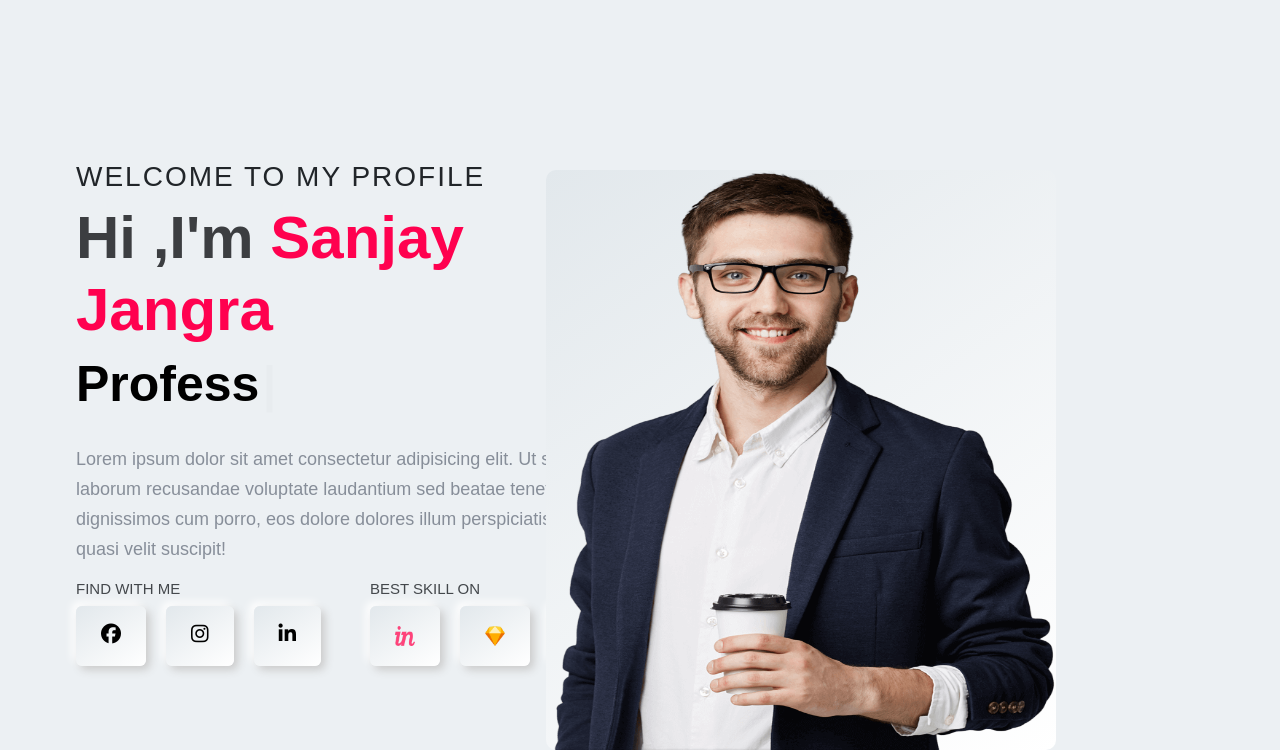
Repository: Sanjayjangra88/PortFolio
Page: /
These files come from the project's save history. The page is drawn as it stood at one moment and after the next save; the edit follows.
The browser window is 1280 px wide. The pictures show the whole page.
Some web libraries are served in a nearby version. The project was rebuilt for these pictures with package versions that can differ from the ones it lists, and the page was loaded fresh each time. Also part of the build but not shown: src/Components/Header/Header.jsx.

Above is the page before, as saved 2022-09-10 21:11:12.

### public/index.html
<!DOCTYPE html>
<html lang="en">
  <head>
    <meta charset="utf-8" />
    <link rel="icon" href="%PUBLIC_URL%/favicon.ico" />
    <meta name="viewport" content="width=device-width, initial-scale=1" />
    <meta name="theme-color" content="#000000" />
    <meta
      name="description"
      content="Web site created using create-react-app"
    />
    <link rel="apple-touch-icon" href="%PUBLIC_URL%/logo192.png" />
    <!--
      manifest.json provides metadata used when your web app is installed on a
      user's mobile device or desktop. See https://developers.google.com/web/fundamentals/web-app-manifest/
    -->
    <link rel="manifest" href="%PUBLIC_URL%/manifest.json" />
    <link rel="stylesheet" href="https://cdnjs.cloudflare.com/ajax/libs/font-awesome/6.1.1/css/all.min.css" integrity="sha512-KfkfwYDsLkIlwQp6LFnl8zNdLGxu9YAA1QvwINks4PhcElQSvqcyVLLD9aMhXd13uQjoXtEKNosOWaZqXgel0g==" crossorigin="anonymous" referrerpolicy="no-referrer" />

    <!--
      Notice the use of %PUBLIC_URL% in the tags above.
      It will be replaced with the URL of the `public` folder during the build.
      Only files inside the `public` folder can be referenced from the HTML.

      Unlike "/favicon.ico" or "favicon.ico", "%PUBLIC_URL%/favicon.ico" will
      work correctly both with client-side routing and a non-root public URL.
      Learn how to configure a non-root public URL by running `npm run build`.
    -->

    <link rel="manifest" href="%PUBLIC_URL%/manifest.json" />
    <link href="https://cdn.jsdelivr.net/npm/bootstrap@5.0.2/dist/css/bootstrap.min.css" rel="stylesheet" integrity="sha384-EVSTQN3/azprG1Anm3QDgpJLIm9Nao0Yz1ztcQTwFspd3yD65VohhpuuCOmLASjC" crossorigin="anonymous">
    <title>React App</title>
  </head>
  <body>
    <noscript>You need to enable JavaScript to run this app.</noscript>
    <div id="root"></div>
    <script src="https://kit.fontawesome.com/7578c5a215.js" crossorigin="anonymous"></script>
    <!--
      This HTML file is a template.
      If you open it directly in the browser, you will see an empty page.

      You can add webfonts, meta tags, or analytics to this file.
      The build step will place the bundled scripts into the <body> tag.

      To begin the development, run `npm start` or `yarn start`.
      To create a production bundle, use `npm run build` or `yarn build`.
    -->

    <script src="https://cdn.jsdelivr.net/npm/@popperjs/core@2.9.2/dist/umd/popper.min.js" integrity="sha384-IQsoLXl5PILFhosVNubq5LC7Qb9DXgDA9i+tQ8Zj3iwWAwPtgFTxbJ8NT4GN1R8p" crossorigin="anonymous"></script>
<script src="https://cdn.jsdelivr.net/npm/bootstrap@5.0.2/dist/js/bootstrap.min.js" integrity="sha384-cVKIPhGWiC2Al4u+LWgxfKTRIcfu0JTxR+EQDz/bgldoEyl4H0zUF0QKbrJ0EcQF" crossorigin="anonymous"></script>
  </body>
</html>

### src/App.js
import React from 'react'
import Header from './Components/Header/Header';
import "./App.css"
import Home from './Components/Home/Home';
const App = () => {
  return (
    <>
      {/* <Header/> */}
      <Home/>
    </>
  )
}

export default App

### src/App.css
@import url('https://fonts.googleapis.com/css2?family=Dancing+Script&family=EB+Garamond:ital,wght@1,500&family=Roboto+Slab:wght@300&display=swap');
* {
  padding: 0;
  margin: 0;
  box-sizing: border-box;
}
html {
  scroll-behavior: smooth;
}
body {
  font-family: "Poppins", sans-serif;
  background-color: #ecf0f3;
}
.container {
  max-width: 95%;
  margin: auto;
}
.d_flex {
  display: flex;
  justify-content: space-between;
}
.f_flex {
  display: flex;
}
a {
  text-decoration: none;
  color: black;
}
li {
  list-style: none;
}
.uppercase {
  text-transform: uppercase;
}
.capitalize {
  text-transform: capitalize;
}

button {
  border: none;
  outline: none;
  background-color: none;
}

.btn_shadow {
  padding: 18px 25px;
  border-radius: 6px;
  transition: 0.3s all ease;
  cursor: pointer;
  color: #000;
  transition: 0.5s;
}
.btn_shadow {
  background: linear-gradient(145deg, #e2e8ec, #ffffff);
  box-shadow: 4px 4px 8px #cbcbcb, -4px -4px 8px #ffffff;
}
.btn_shadow:hover {
  background: #ff014f;
  color: white;
  transform: translateY(-10px);
}
.box_shodow {
  background: linear-gradient(145deg, #e2e8ec, #ffffff);
  box-shadow: 4px 4px 8px #cbcbcb, -4px -4px 8px #ffffff;
  border-radius: 10px;
}
.row,
.left,
.right {
  width: 50%;
}
.top {
  margin-top: 80px;
}
.mtop {
  margin-top: 40px;
}
.heading {
  margin: 50px 0 50px 0;
}
.heading h4 {
  color: #ff014f;
  letter-spacing: 2px;
  font-weight: 400;
}
.heading h1 {
  font-size: 60px;
  color: #3c3e41;
}
h1 {
  color: #3c3e41;
}
.grid {
  display: grid;
  grid-template-columns: repeat(3, 1fr);
  grid-gap: 35px;
}
p {
  color: #3c3e41;
}
.text-center {
  text-align: center;
}
.primary_color {
  color: #ff014f;
}
textarea,
input {
  width: 100%;
  padding: 20px;
  border-radius: 5px;
  outline: none;
  border: 3px solid #e2e8ec;
  margin-bottom: 20px;
}
/*----------Footer---------*/
footer {
  margin: 20% 0 10% 0;
}
footer p {
  margin-top: 30px;
}
/*----------Footer---------*/
@media (max-width: 768px) {
  .grid {
    grid-template-columns: repeat(2, 1fr);
  }
  .left,
  .right {
    width: 100%;
  }
  }

### src/Components/Home/Home.jsx
import React from 'react'
import skill1 from '../Pic/skill1.png'
import skill2 from '../Pic/skill2.png'
import skill3 from '../Pic/skill3.png'
import hero from '../Pic/hero.png'
import './home.css'
import { Typewriter} from 'react-simple-typewriter'

const Home = () => {
  return (
    <>
      <section className='hero'id='home'>
        <div className="container f_flex top">
            <div className="left top">
                <h3>WELCOME TO MY PROFILE</h3>
                <h1>Hi ,I'm <span>Sanjay Jangra</span></h1>
                <h2>
                    <span>
                    <Typewriter
            words={['Web Developer', 'Professional Coder']}
            loop
            cursor
            cursorStyle='|'
            typeSpeed={70}
            deleteSpeed={50}
            delaySpeed={1000}
            // onLoopDone={handleDone}
            // onType={handleType}
            />
                        </span></h2>
                        <p>
Lorem ipsum dolor sit amet consectetur adipisicing elit. Ut sint a laborum recusandae voluptate laudantium sed beatae tenetur dignissimos cum porro, eos dolore dolores illum perspiciatis. Vero quasi velit suscipit!
                        </p>
                        <div className='hero_btn d_flex'>
                            <div className="col_1">
                                <h4>FIND WITH ME</h4>
                                <div className="button">
                                    <button className='btn_shadow'>
                                        <i className='fab fa-facebook'></i>
                                    </button>
                                    <button className='btn_shadow'>
                                        <i className='fab fa-instagram'></i>
                                    </button>
                                    <button className='btn_shadow'>
                                        <i className='fab fa-linkedin-in'></i>
                                    </button>
                                </div>
                            </div>
                            <div className="col_1">
                                <h4>BEST SKILL ON</h4>
                                <button className='btn_shadow'>
                                        <img src={skill1}alt=''/>
                                    </button>
                                <button className='btn_shadow'>
                                        <img src={skill2}alt=''/>
                                    </button>
                                <button className='btn_shadow'>
                                        <img src={skill3}alt=''/>
                                    </button>
                            </div>
                        </div>
            </div>
            <div className="right">
                <div className="right_img">
                    <img src={hero}alt=''/>
                </div>
            </div>
        </div>
      </section>
    </>
  )
}

export default Home

### src/Components/Header/header.css

*,
*::after,
*::before{
    box-sizing: border-box;
    padding: 0;
    margin: 0;
}

.html{
    font-size: 62.5%;
}

.navbar input[type="checkbox"],
.navbar .hamburger-lines{
    display: none;
}

.container{
    max-width: 1200px;
    width: 90%;
    margin: auto;
}

.navbar{
    box-shadow: 0px 5px 10px 0px #aaa;
    position: fixed;
    width: 100%;
    background: #FAA7B8;
    color: #000;
    opacity: 0.85;
    z-index: 100;
}

.navbar-container{
    display: flex;
    justify-content: space-between;
    height: 64px;
    align-items: center;
}

.menu-items{
    margin-top: 15px;
    order: 2;
    display: flex;
}
.logo{
    order: 1;
    font-size: 2.3rem;
    margin-bottom: 5px;
}

.menu-items li{
    list-style: none;
    margin-left: 1.5rem;
    font-size: 1.3rem;
}

.navbar a{
    color: #444;
    text-decoration: none;
    font-weight: 500;
    transition: color 0.3s ease-in-out;
}

.navbar a:hover{
    color: #117964;
}
.home-btn:hover {
  background: #ff014f;
  color: white;
}


.home-btn {
  padding: 18px 25px;
  height: 1vh;
  line-height: 1vh;
  font-size: 13px;
  border-radius: 6px;
  transition: 0.3s all ease;
  cursor: pointer;
  height: fit-content;
  color: #ff014f;

}
.home-btn {
  background: linear-gradient(145deg, #e2e8ec, #ffffff);
  box-shadow: 4px 4px 8px #cbcbcb, -4px -4px 8px #ffffff;
}
navbar {
  transition: 0.5s;
  font-size: 13px;
  font-weight: 500;
  letter-spacing: 2px;
}





@media (max-width: 900px){
    .navbar{
        opacity: 0.95;
    }

    .navbar-container input[type="checkbox"],
    .navbar-container .hamburger-lines{
        display: block;
    }

    .navbar-container{
        display: block;
        position: relative;
        height: 64px;
    }

    .navbar-container input[type="checkbox"]{
        position: absolute;
        display: block;
        height: 32px;
        width: 30px;
        top: 20px;
        left: 20px;
        z-index: 5;
        opacity: 0;
        cursor: pointer;
    }

    .navbar-container .hamburger-lines{
        display: block;
        height: 28px;
        width: 35px;
        position: absolute;
        top: 20px;
        left: 20px;
        z-index: 2;
        display: flex;
        flex-direction: column;
        justify-content: space-between;
    }

    .navbar-container .hamburger-lines .line{
        display: block;
        height: 4px;
        width: 100%;
        border-radius: 10px;
        background: #333;
    }

    .navbar-container .hamburger-lines .line1{
        transform-origin: 0% 0%;
        transition: transform 0.3s ease-in-out;
    }

    .navbar-container .hamburger-lines .line2{
        transition: transform 0.2s ease-in-out;
    }

    .navbar-container .hamburger-lines .line3{
        transform-origin: 0% 100%;
        transition: transform 0.3s ease-in-out;
    }

    .navbar .menu-items{
        padding-top: 100px;
        background: #fff;
        height: 100vh;
        max-width: 300px;
        transform: translate(-150%);
        display: flex;
        flex-direction: column;
        margin-left: -40px;
        padding-left: 40px;
        transition: transform 0.5s ease-in-out;
        box-shadow:  5px 0px 10px 0px #aaa;
        overflow: scroll;
    }

    .navbar .menu-items li{
        margin-bottom: 1.8rem;
        font-size: 1.1rem;
        font-weight: 500;
    }

    .logo{
        position: absolute;
        top: 10px;
        right: 15px;
        font-size: 2.5rem;

    }

    .navbar-container input[type="checkbox"]:checked ~ .menu-items{
        transform: translateX(0);
    }

    .navbar-container input[type="checkbox"]:checked ~ .hamburger-lines .line1{
        transform: rotate(45deg);
    }

    .navbar-container input[type="checkbox"]:checked ~ .hamburger-lines .line2{
        transform: scaleY(0);
    }

    .navbar-container input[type="checkbox"]:checked ~ .hamburger-lines .line3{
        transform: rotate(-45deg);
    }
    .home-btn:hover {
      background: #ff014f;
      color: white;

    }


    .home-btn {
      padding: 18px 25px;
      height: 1vh;
      line-height: 1vh;
      font-size: 13px;
      border-radius: 6px;
      transition: 0.3s all ease;
      cursor: pointer;
      height: fit-content;
      color: #ff014f;
      margin-right: 25px;

    }
    .home-btn {
      background: linear-gradient(145deg, #e2e8ec, #ffffff);
      box-shadow: 4px 4px 8px #cbcbcb, -4px -4px 8px #ffffff;
    }

}

@media (max-width: 500px){
    .navbar-container input[type="checkbox"]:checked ~ .logo{
        display: none;
    }
}
.demo{
  height: 300vh;
}

### src/Components/Home/home.css
.hero{
    position: relative;

}
.hero h3{
    font-weight: 100;
    letter-spacing: 2px;
}
.hero h1{
    font-size: 60px;
    font-weight: bold;
}
.hero h1 span{
    color: #ff014f;
}
.hero h2{
    font-size: 50px;
    font-weight: bold;
    color: #ff014f;
}
.hero h2 span{
    color: black;
}
.hero p{
    color:#878e99;
    font-size: 18px;
    line-height: 30px;
    margin-top: 30px;
}
/* .hero_btn{
    <element class="hero_btn">
    Selector Specificity:(0,1,0)
} */

.hero_btn h4{
    font-weight: 500;
    letter-spacing: px;
    color: #43474b;
    font-size: 15px;
    margin: 30pz 0 30px 0;

}
.hero_btn button{
    margin-right: 20px;
}
.hero_btn i{
    font-size: 20px;
}
.hero_btn button img{
    width: 20px;
    height: 20px;
   }
   .hero .left{
    margin-right: 10px;
   }
.hero .right{
    width: 40%;
    position: relative;
    }
.hero .right img{
    background: linear-gradient(145deg ,#e2e8ec , #ffffff);
    box-shadow: 4px 4px 8px #cbcbcb .4ox -4px 8px #ffffff;
    border-radius: 10px;
    height: 580px;
    width: 510px;
    margin-top: 20%;
    margin-left: 40%;
}
.hero .right_img img{
    position: absolute;
    top: 0;
    right: 10%;
    width: 510px;
    margin-left: 50px;
}

Loaded but not shown: src/index.js (common file); src/index.css (common file); src/reportWebVitals.js (common file)

After the next save:
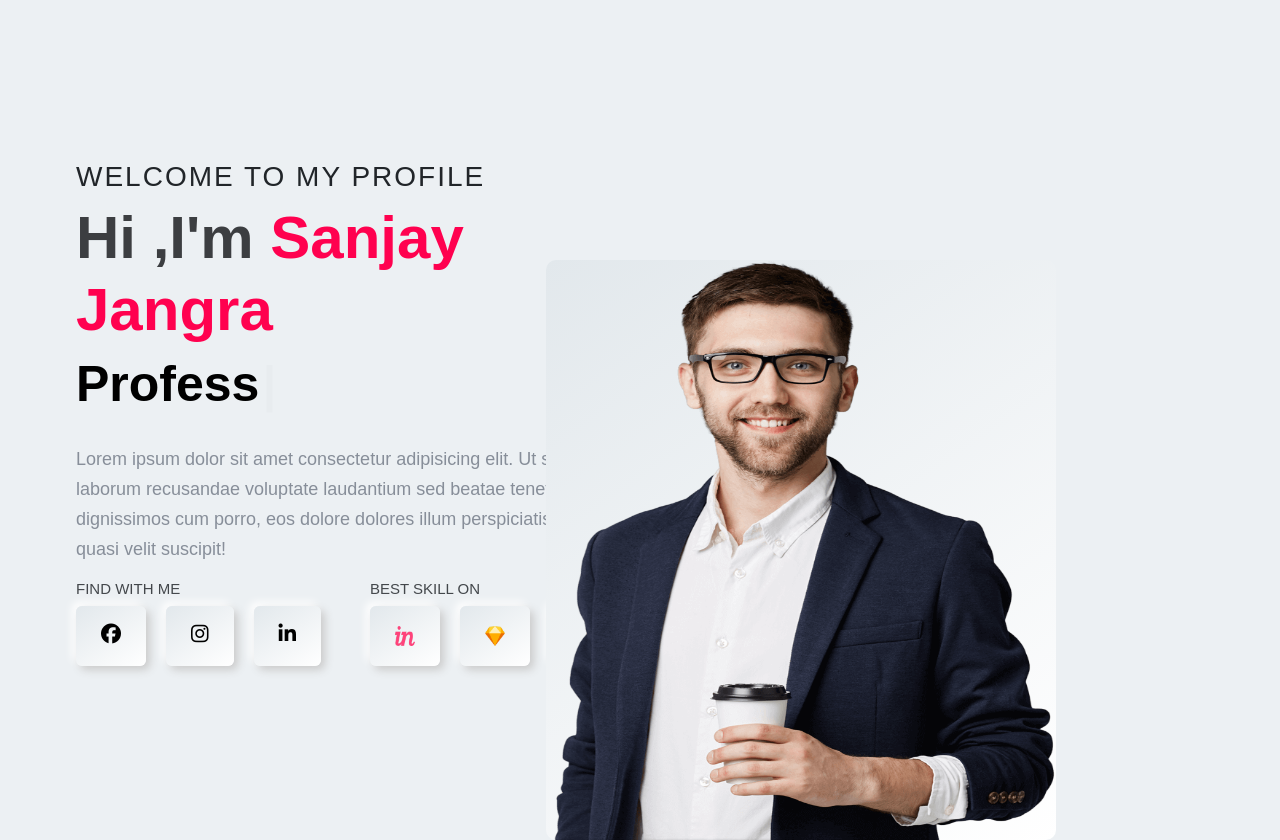
Saved 12 s later.
--- a/src/Components/Home/home.css
+++ b/src/Components/Home/home.css
@@ -63,7 +63,7 @@
     border-radius: 10px;
     height: 580px;
     width: 510px;
-    margin-top: 20%;
+    margin-top: 40%;
     margin-left: 40%;
 }
 .hero .right_img img{
